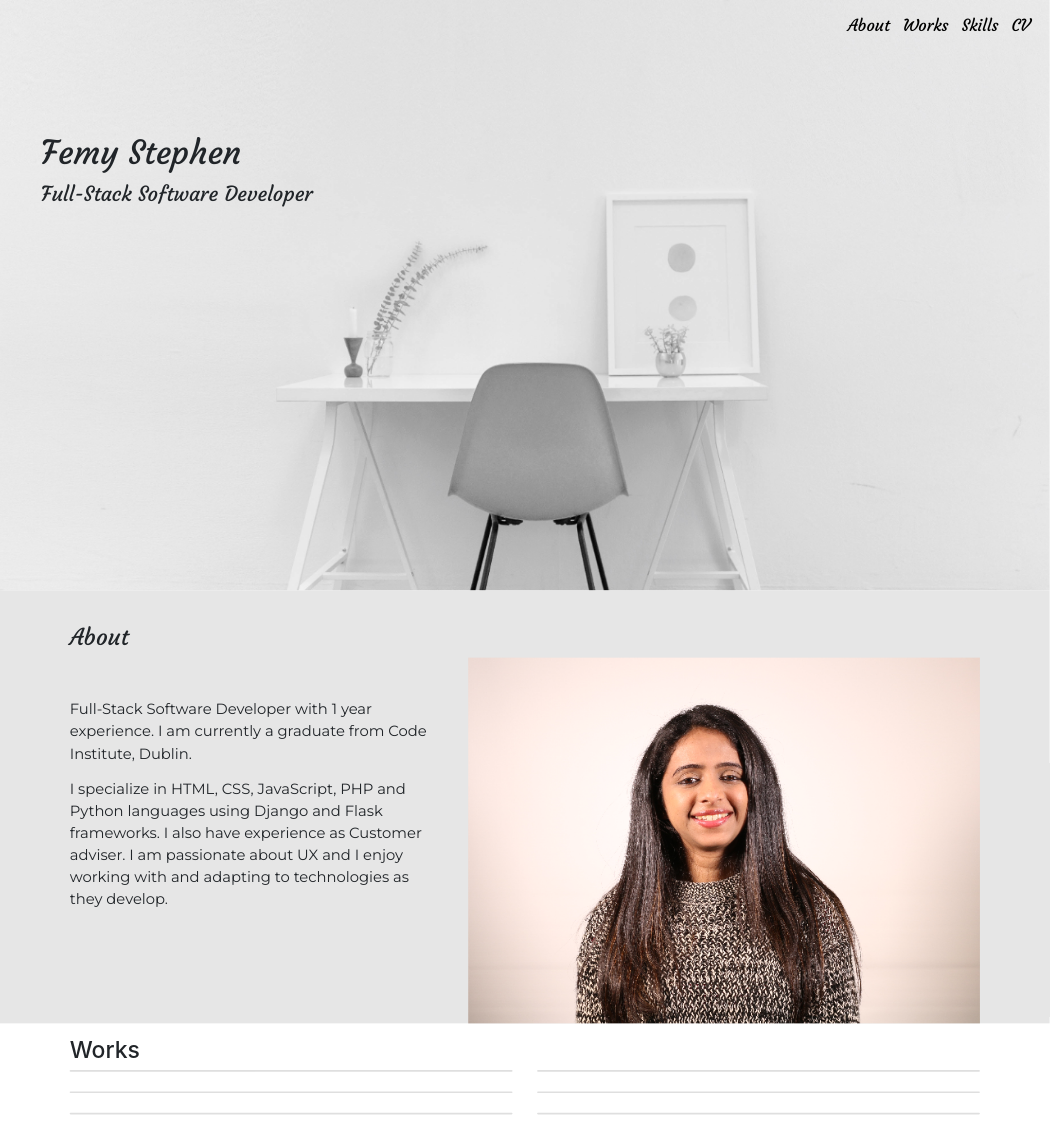
Repository: femy16/FemyStephen
Page: index.html
The author's editor kept a record of every edit. The page is drawn from the files as they stood at one moment, then again after the next edit.
The browser window is 1280 px wide. The pictures show the whole page, at 82% of full size.
Backgrounds fixed to the window are drawn as part of the page. Some web libraries are served in a nearby version.

Above is the page before.
Not found: hover.css

After the next edit:
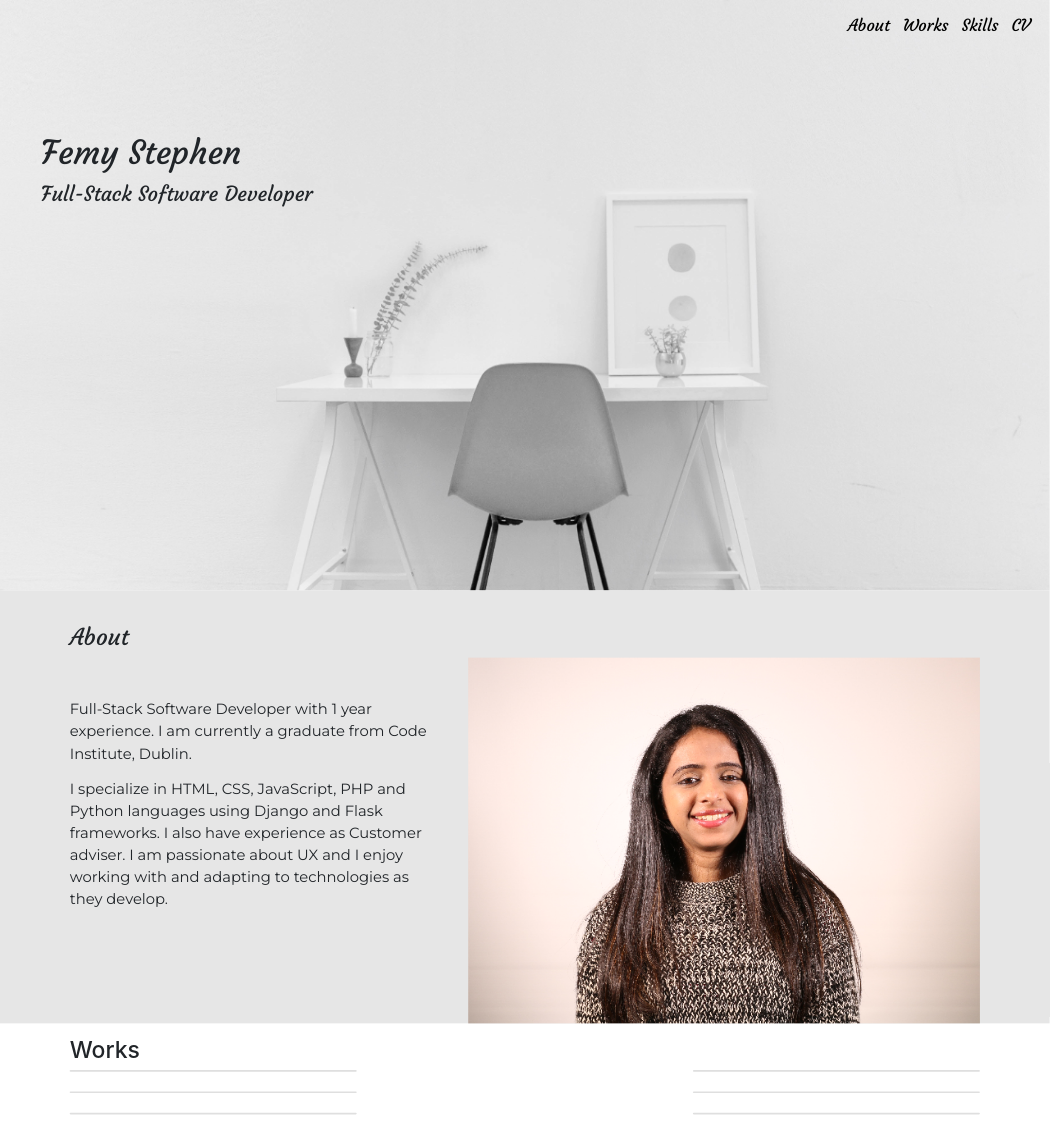
The edit:
--- a/index.html
+++ b/index.html
@@ -84,6 +84,10 @@
                         </div>
                         <div class="col">
 
+
+                        </div>
+                        <div class="col">
+
                             <div class="card">
                                 </div><br />
                                 <div class="card">
